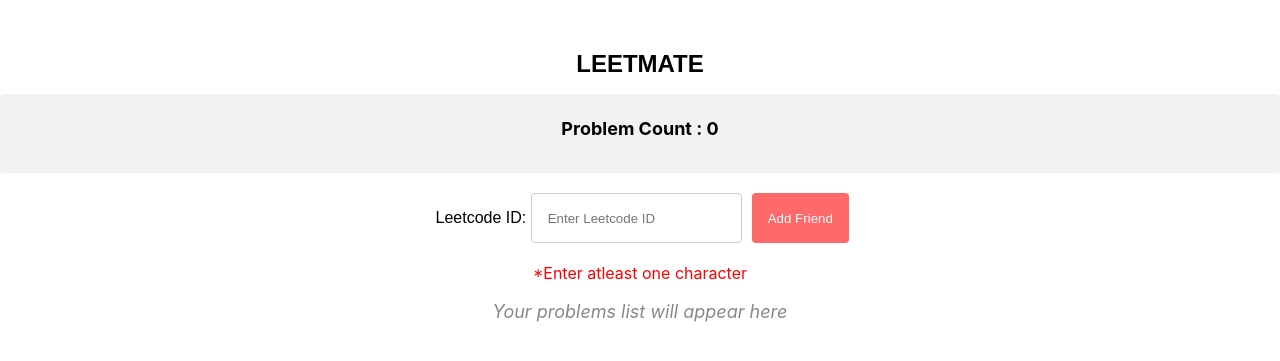
Repository: Sanketh149/leetcode-discord
Page: /
The author's editor kept a copy of each file at every save. The page is drawn from the files as they stood at one save, then again after the next save.
The browser window is 1280 px wide. The pictures show the whole page.
The project was rebuilt for these pictures with package versions that can differ from the ones it lists, and the page was loaded fresh each time. Also part of the build but not shown: src/Modal.module.css, src/Modal.js, src/Cart.module.css, src/Cart.js.

Above is the page before, as saved 2023-06-21 18:22:57.

### public/index.html
<!DOCTYPE html>
<html lang="en">
  <head>
    <meta charset="utf-8" />
    <link rel="icon" href="%PUBLIC_URL%/favicon.ico" />
    <meta name="viewport" content="width=device-width, initial-scale=1" />
    <meta name="theme-color" content="#000000" />
    <meta
      name="description"
      content="Web site created using create-react-app"
    />
    <link rel="apple-touch-icon" href="%PUBLIC_URL%/logo192.png" />
    <!--
      manifest.json provides metadata used when your web app is installed on a
      user's mobile device or desktop. See https://developers.google.com/web/fundamentals/web-app-manifest/
    -->
    <link rel="manifest" href="%PUBLIC_URL%/manifest.json" />
    <!--
      Notice the use of %PUBLIC_URL% in the tags above.
      It will be replaced with the URL of the `public` folder during the build.
      Only files inside the `public` folder can be referenced from the HTML.

      Unlike "/favicon.ico" or "favicon.ico", "%PUBLIC_URL%/favicon.ico" will
      work correctly both with client-side routing and a non-root public URL.
      Learn how to configure a non-root public URL by running `npm run build`.
    -->
    <title>LeetMate</title>
  </head>
  <body>
    <noscript>You need to enable JavaScript to run this app.</noscript>
    <div id="root"></div>
    <div id="overlays"></div>
    <!--
      This HTML file is a template.
      If you open it directly in the browser, you will see an empty page.

      You can add webfonts, meta tags, or analytics to this file.
      The build step will place the bundled scripts into the <body> tag.

      To begin the development, run `npm start` or `yarn start`.
      To create a production bundle, use `npm run build` or `yarn build`.
    -->
  </body>
</html>

### src/App.js
import React, { useState } from "react";
import "./App.css";
import Cart from "./Cart";
const API_ENDPOINT = "/graphql";
const App = () => {
  const [username, setUsername] = useState("");
  const [user, setUser] = useState([]);
  const [leetId, setLeetId] = useState([]);
  const displayTitle = (item, titleSlug) => {
    const exisitingTitles = user.map((innerArray) => innerArray[0]);
    const exisitingSlugs = user.map((innerArray) => innerArray[1]);
    const uniqueTitles = [...new Set([...exisitingTitles, ...item])];
    const uniqueSlugs = [...new Set([...exisitingSlugs, ...titleSlug])];
    // const uniquePairs = uniqueTitles.map((name, index) => ({
    //   name,
    //   link: uniqueSlugs[index],
    // }));
    const uniquePairs = [];
    for (let i = 0; i < uniqueSlugs.length; i++) {
      const temp = [uniqueTitles[i], uniqueSlugs[i]];
      uniquePairs.push(temp);
    }
    setUser((prevState) => {
      return uniquePairs;
    });
  };

  const handleFormSubmit = async (event) => {
    event.preventDefault();

    const query = `
      {
        recentAcSubmissionList(username: "${username}") {
          id
          title
          titleSlug
        }
      }
    `;

    const url = `${API_ENDPOINT}?query=${encodeURIComponent(query)}`;

    fetch(url)
      .then((response) => response.json())
      .then((result) => {
        const titles = result.data.recentAcSubmissionList.map(
          (submission) => submission.title
        );
        const titleslugs = result.data.recentAcSubmissionList.map(
          (submission) => submission.titleSlug
        );
        displayTitle(titles, titleslugs);
        if (username.length >= 0 && !leetId.includes(username)) {
          setLeetId((prevState) => [...prevState, username]);
        }
        setUsername("");
      })
      .catch((error) => {
        setCartIsShown(true);
      });
  };

  const handleSubmit = (event) => {
    event.preventDefault();
    handleFormSubmit(event);
    // if (username.length >= 0 && !leetId.includes(username)) {
    //   setLeetId((prevState) => [...prevState, username]);
    // }
    // setUsername("");
  };
  const [cartIsShown, setCartIsShown] = useState(false);
  const showCartHandler = () => {
    setCartIsShown(true);
  };
  const hideCartHandler = () => {
    setCartIsShown(false);
    setUsername("");
  };
  const isSubmitDisabled = username.trim().length === 0;
  return (
    <div className="app">
      {cartIsShown && <Cart onClose={hideCartHandler} shownName={username} />}
      <h1 className="app__title">LEETMATE</h1>
      <div className="problemCountCard">
        {" "}
        <p className="problemCount">Problem Count : {user.length}</p>
      </div>
      <form onSubmit={handleSubmit} className="app__form">
        <label>
          <pre> Leetcode ID: </pre>
        </label>
        <input
          type="text"
          value={username}
          onChange={(event) => setUsername(event.target.value)}
          placeholder="Enter Leetcode ID"
          className="app__input"
        />
        <button
          type="submit"
          className={`${
            isSubmitDisabled === true ? "app__button_disabled" : "app__button"
          }`}
          disabled={isSubmitDisabled}
        >
          Add Friend
        </button>
      </form>
      {isSubmitDisabled === true && (
        <div style={{ display: "block" }} className="errorShow">
          {" "}
          *Enter atleast one character
        </div>
      )}
      {leetId.map((item) => (
        <a href={`https://leetcode.com/${item}`} target="_blank">
          <button className="displayNameButton">{item}</button>
        </a>
      ))}
      {user.length > 0 && (
        <div>
          <b>
            {" "}
            Provided below are the links to the problems solved by above users
          </b>
        </div>
      )}
      {user.length > 0 ? (
        <ul className="app__list">
          {user.map((item) => (
            <li className="app__item">
              <a
                href={`https://leetcode.com/problems/${item[1]}`}
                target="_blank"
              >
                {item[0]}
              </a>
            </li>
          ))}
        </ul>
      ) : (
        <p className="app__message">Your problems list will appear here</p>
      )}
    </div>
  );
};

export default App;

### src/App.css
.app {
  text-align: center;
  margin-top: 50px;
}

.app__title {
  font-family: Arial, Helvetica, sans-serif;
  font-size: 24px;
}

.app__form {
  display: flex;
  justify-content: center;
  margin-bottom: 20px;
  margin-top: 20px;
}

.app__input {
  padding: 8px 16px;
  margin-right: 10px;
  border-radius: 4px;
  border: 1px solid #ccc;
}

.app__button {
  padding: 8px 16px;
  border-radius: 4px;
  background-color: #007bff;
  color: #fff;
  border: none;
  cursor: pointer;
}

.app__button_disabled {
  padding: 8px 16px;
  border-radius: 4px;
  background-color: #ff6969;
  color: #fff;
  border: none;
  cursor: pointer;
}

.app__list {
  list-style: none;
  padding-left: 0;
  margin-bottom: 20px;
}

.app__item {
  font-size: 18px;
  margin-bottom: 10px;
}

.app__message {
  font-size: 18px;
  font-style: italic;
  color: #888;
}

.app__list a {
  color: #007bff; /* Set the color for regular links */
  text-decoration: none; /* Remove underline for links */
}

.app__list a:visited {
  color: #007bff; /* Set the color for visited links */
}

.errorShow {
  color: red;
}

.displayNameButton {
  background-color: #f2f2f2;
  border: 1px solid black;
  border-radius: 4px;
  padding: 8px 12px;
  font-size: 14px;
  cursor: pointer;
  margin: 1rem;
}
.displayNameButton:hover {
  background-color: #e0e0e0;
}
.problemCountCard {
  background-color: #f2f2f2;
  padding: 16px;
  margin-top: 16px;
  border-radius: 4px;
}
.problemCount {
  font-size: large;
  font-weight: bold;
  margin-top: 8px;
}
pre {
  font-family: Arial, Helvetica, sans-serif;
}

Loaded but not shown: src/index.js (common file); src/index.css (common file); src/reportWebVitals.js (common file)

After the next save:
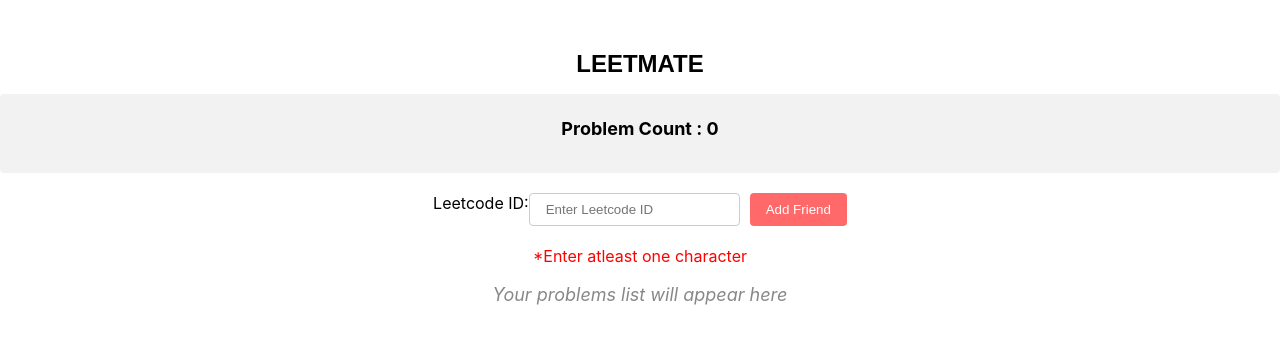
Saved 31 s later.
--- a/src/App.js
+++ b/src/App.js
@@ -86,9 +86,7 @@
         <p className="problemCount">Problem Count : {user.length}</p>
       </div>
       <form onSubmit={handleSubmit} className="app__form">
-        <label>
-          <pre> Leetcode ID: </pre>
-        </label>
+        <label>Leetcode ID: </label>
         <input
           type="text"
           value={username}
